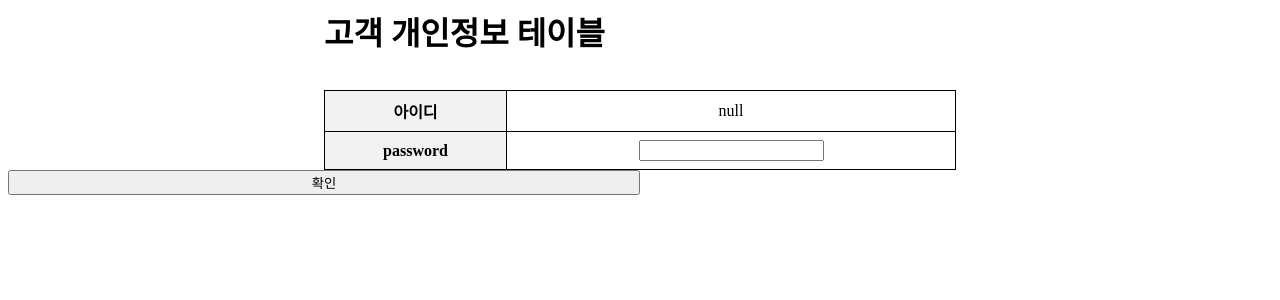
Repository: 2JISUN/hta-lecture-basic
Page: http://localhost/jsp03/info.jsp
An editor plug-in stored every save of this project. The page is shown before and after the next save, followed by the edit.
The browser window is 1280 px wide. The pictures show the whole page.
The page is served by Tomcat 10. Queries for data that is not in the repository find no rows.

Above is the page before, as saved 2023-09-15 06:20:56.

After the next save:
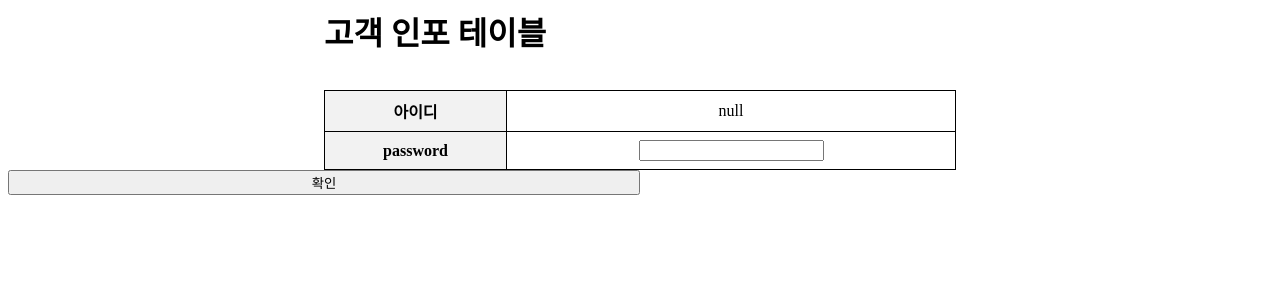
Saved 3 min 2 s later.
--- a/jsp-lecture/jsp03/src/main/webapp/info.jsp
+++ b/jsp-lecture/jsp03/src/main/webapp/info.jsp
@@ -8,7 +8,7 @@
 <html>
 <head>
     <meta charset="UTF-8">
-    <title>고객 개인정보 테이블</title>
+    <title>고객 인포 테이블</title>
     <style>
         h1 {
             width: 50%;
@@ -59,7 +59,7 @@
     pstmt.setString(1, userID);
     rs = pstmt.executeQuery();
 %>
-<h1>고객 개인정보 테이블</h1>
+<h1>고객 인포 테이블</h1>
 <br>
 <br>
 <table>
